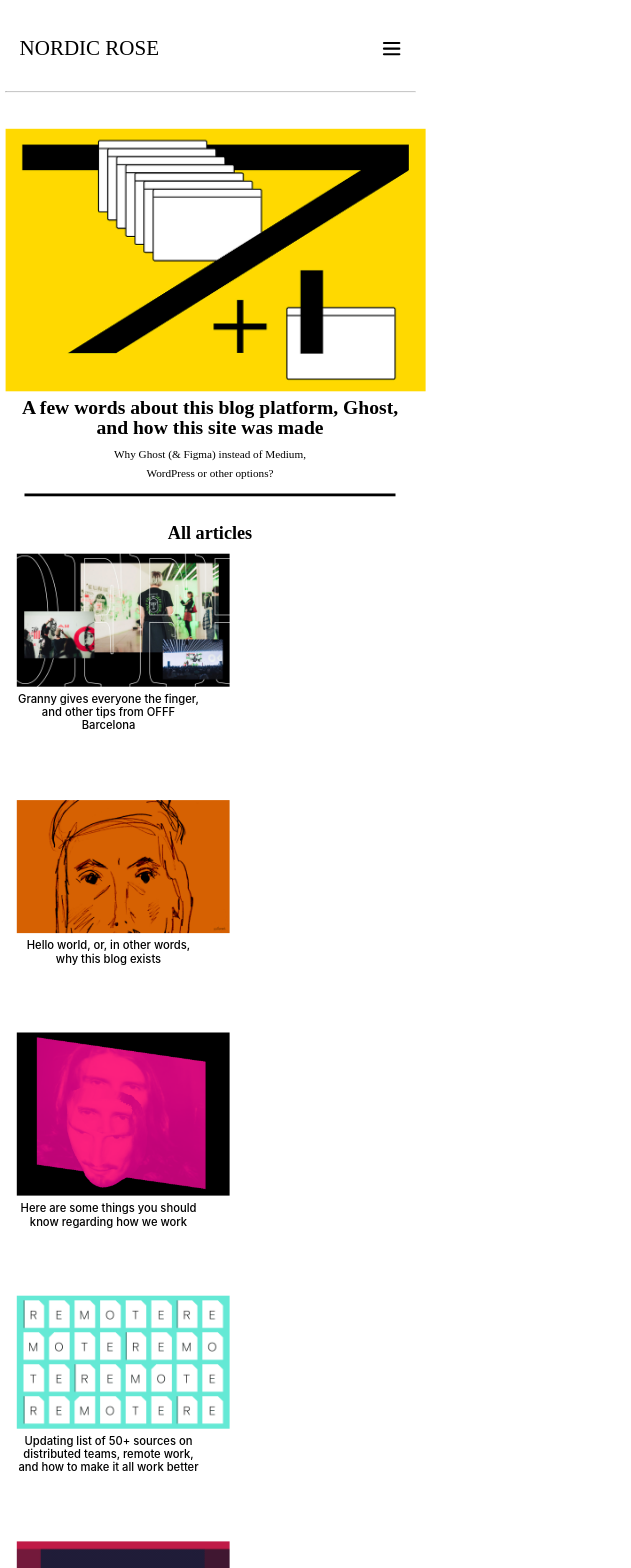
Repository: ThuTrang-jvb/JVB-BT1
Page: Page 2/listing.html
The author's editor kept a copy of each file at every save. The page is drawn from the files as they stood at one save, then again after the next save.
The browser window is 600 px wide. The page is 624 px wide, then 901 px, then 624 px, so the pictures cover 901 px, including what lies to the right of the window. The pictures show the part of the page from y = 0 to 2240 px (the page is 3281 px tall before and 3881 px after), at 70% of full size.

Above is the page before, as saved 2025-06-26 15:16:12.

After the next save:
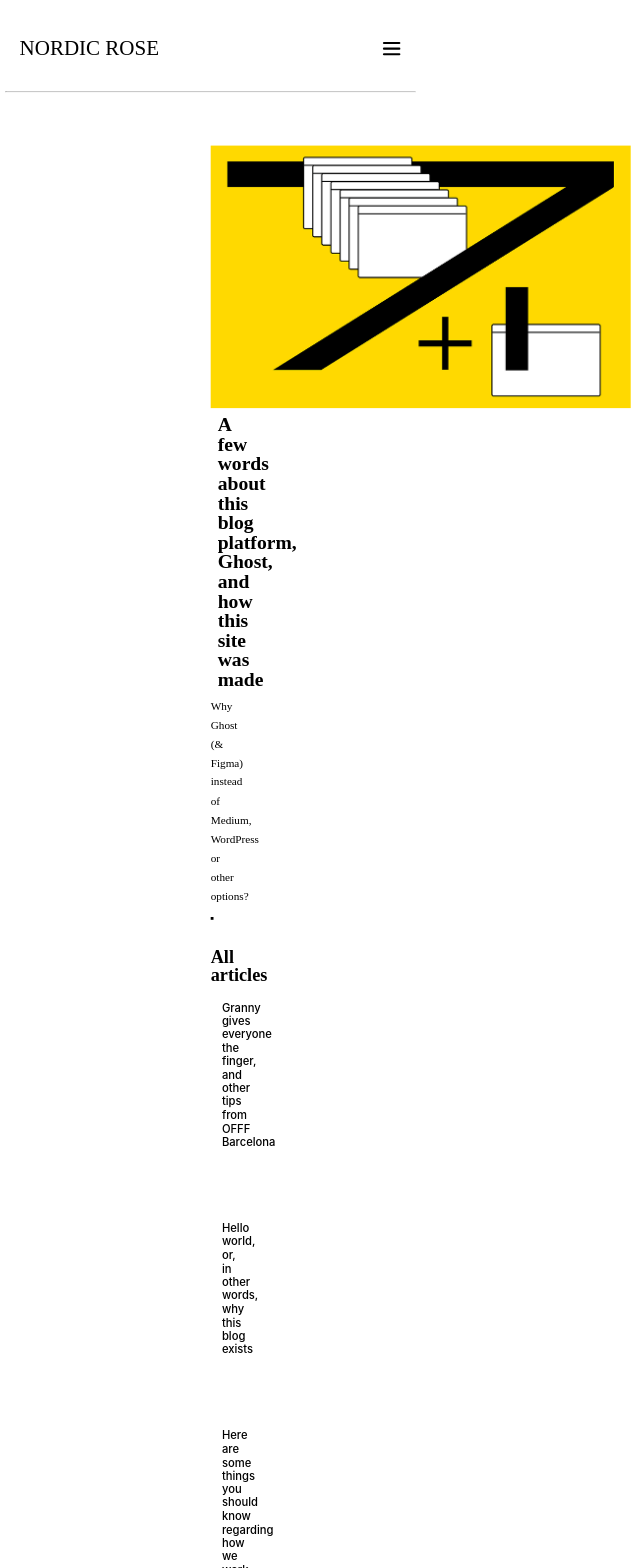
Saved 107 s later.
--- a/Page 2/styleListing.css
+++ b/Page 2/styleListing.css
@@ -201,7 +201,7 @@
     .hamburger {
         display: flex;
     }
-
+    hr
     .main {
         padding: 52px 0 0 0;
     }

After the 2 saves that followed:
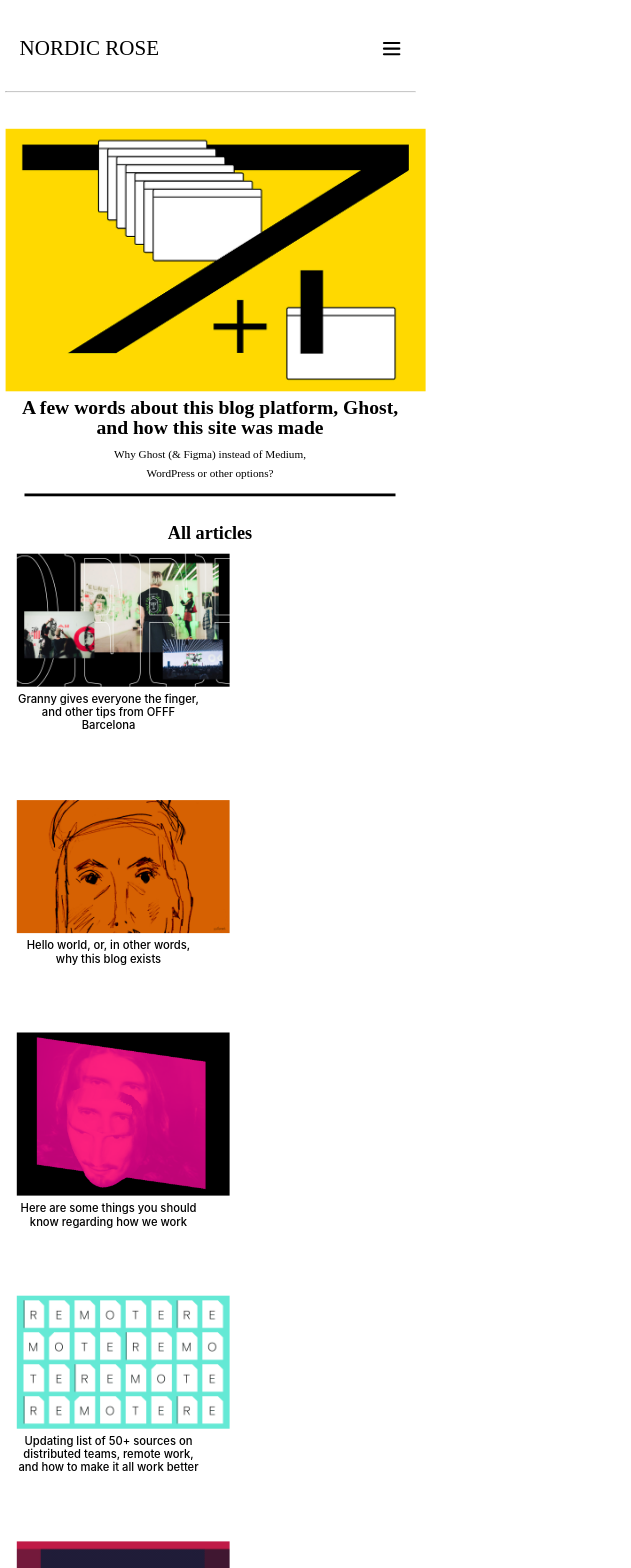
The 2 saves are shown as one change because they came seconds apart.
The last was saved 6 s later.
--- a/Page 2/styleListing.css
+++ b/Page 2/styleListing.css
@@ -201,7 +201,9 @@
     .hamburger {
         display: flex;
     }
-    hr
+    hr {
+        width: 100%;
+    }
     .main {
         padding: 52px 0 0 0;
     }
